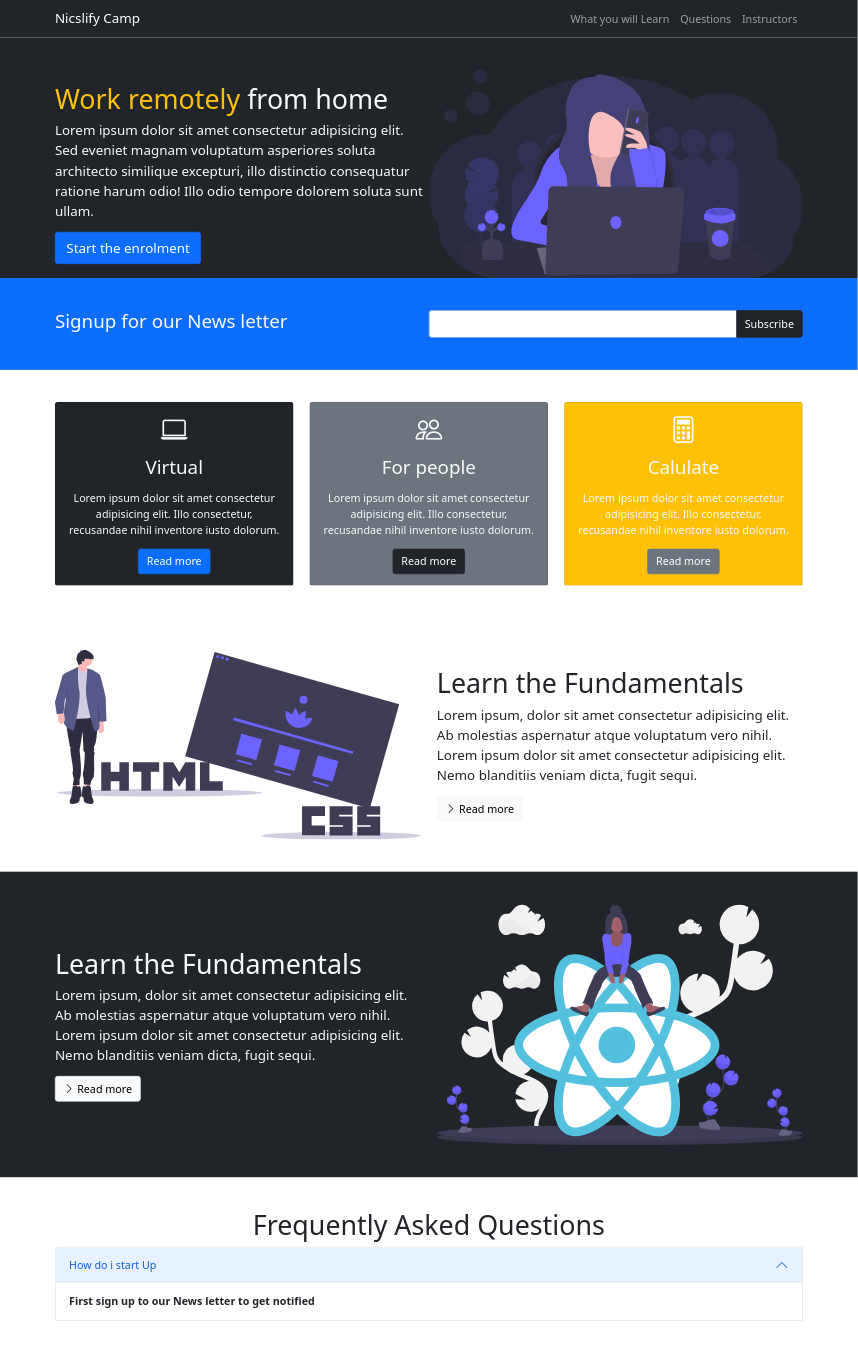
Repository: Eugene44-hub/enrollment-site
Page: index.html
These files come from the project's save history. The page is drawn as it stood at one moment and after the next save; the edit follows.
The browser window is 1280 px wide. The pictures show the whole page, at 67% of full size.
Some web libraries are served in a nearby version.

Above is the page before, as saved 2021-10-20 15:08:21.

After the next save:
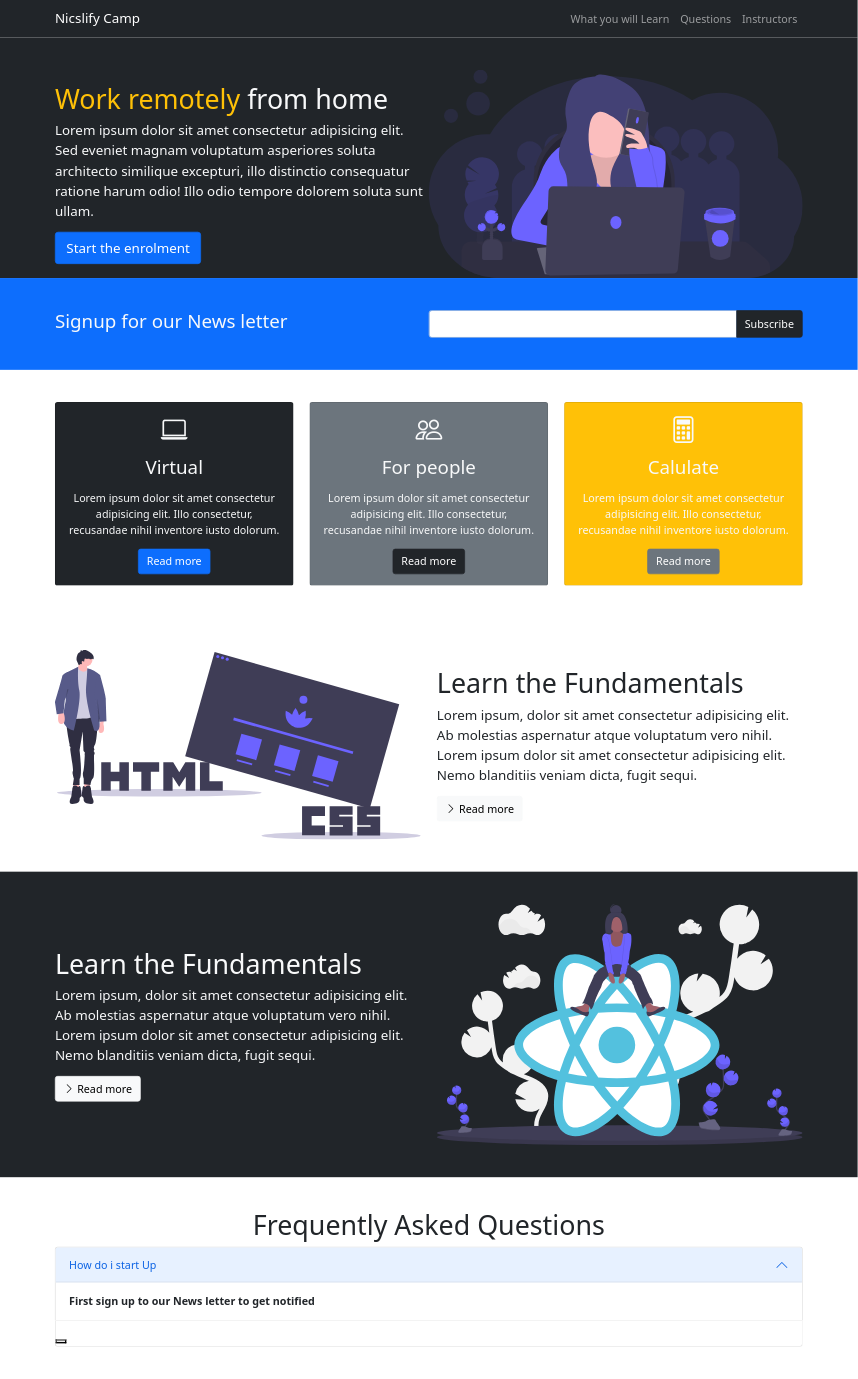
Saved 5 s later.
--- a/index.html
+++ b/index.html
@@ -178,7 +178,9 @@
                 </div>
 
                 <div class="accordion-item">
-                    <h2 class="accordion-header"></h2>
+                    <h2 class="accordion-header">
+                        <button></button>
+                    </h2>
                 </div>
             </div>
         </div>
